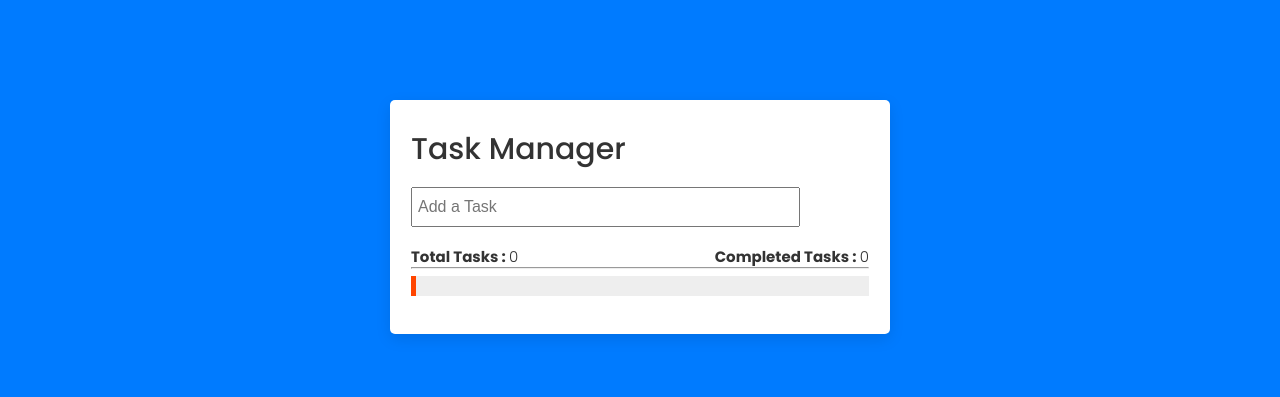
Repository: lucas-andedi/mern-task-manager-app-backend
Page: / (app in frontend/)
The author's editor kept a copy of each file at every save. The page is drawn from the files as they stood at one save, then again after a run of saves.
The browser window is 1280 px wide. The pictures show the whole page.
The project was rebuilt for these pictures with package versions that can differ from the ones it lists, and the page was loaded fresh each time.

Above is the page before, as saved 2022-11-28 16:37:47.

### frontend/src/App.js
import { ToastContainer, toast } from 'react-toastify';
import 'react-toastify/dist/ReactToastify.css';
import TaskList from "./components/TaskList";

function App() {
  return (
    <div className="app">
      <div className="task-container">
        <TaskList />
      </div>
      <ToastContainer />
    </div>
  );
}

export default App;

### frontend/src/components/TaskList.js
import Task from "./Task"
import TaskForm from "./TaskForm"


const TaskList = () => {
  return (
    <div>
      <h2>Task Manager</h2>
      <TaskForm />
      <div className="--flex-between --pb">
        <p>
          <b>Total Tasks : </b> 0
        </p>
        <p>
          <b>Completed Tasks : </b> 0
        </p>
      </div>
      <hr />
      <Task />
    </div>
  )
}

export default TaskList

### frontend/src/components/Task.js


const Task = () => {
  return (
    <div className="task">

    </div>
  )
}

export default Task

### frontend/src/components/TaskForm.js


const TaskForm = ({ createTask , name,handleInputChange}) => {
  return (
    <form action="" className="task-form" onSubmit={createTask}>
        <input type="text" placeholder="Add a Task" name="name" value={name} onChange={handleInputChange} />

    </form>
  )
}

export default TaskForm

Loaded but not shown: frontend/public/index.html (common file); frontend/src/index.js (common file); frontend/src/index.css (common file)

After the next 5 saves:
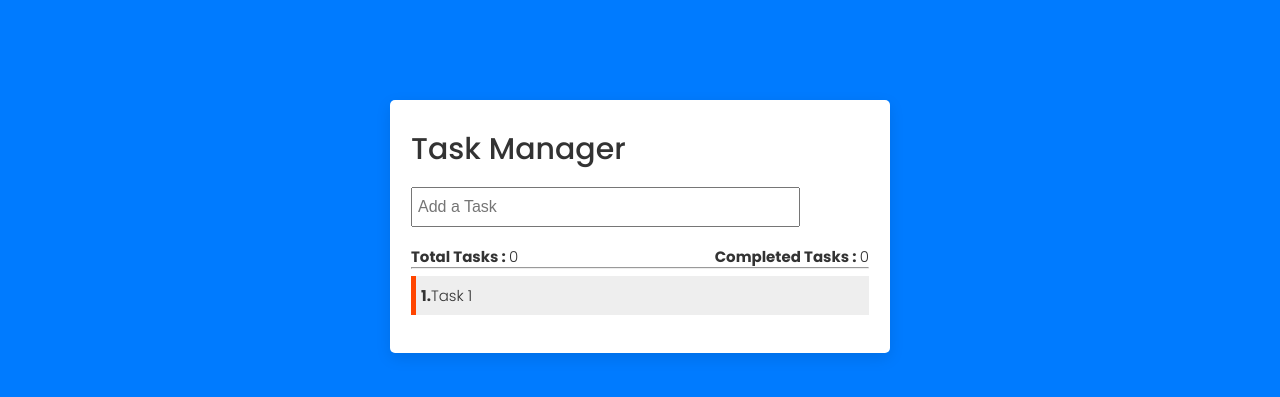
The 5 saves are shown as one change because they came seconds apart.
The last was saved 13 s later.
--- a/frontend/src/components/Task.js
+++ b/frontend/src/components/Task.js
@@ -3,7 +3,10 @@
 const Task = () => {
   return (
     <div className="task">
-
+      <p>
+        <b>1.</b>
+        Task 1
+      </p>
     </div>
   )
 }
